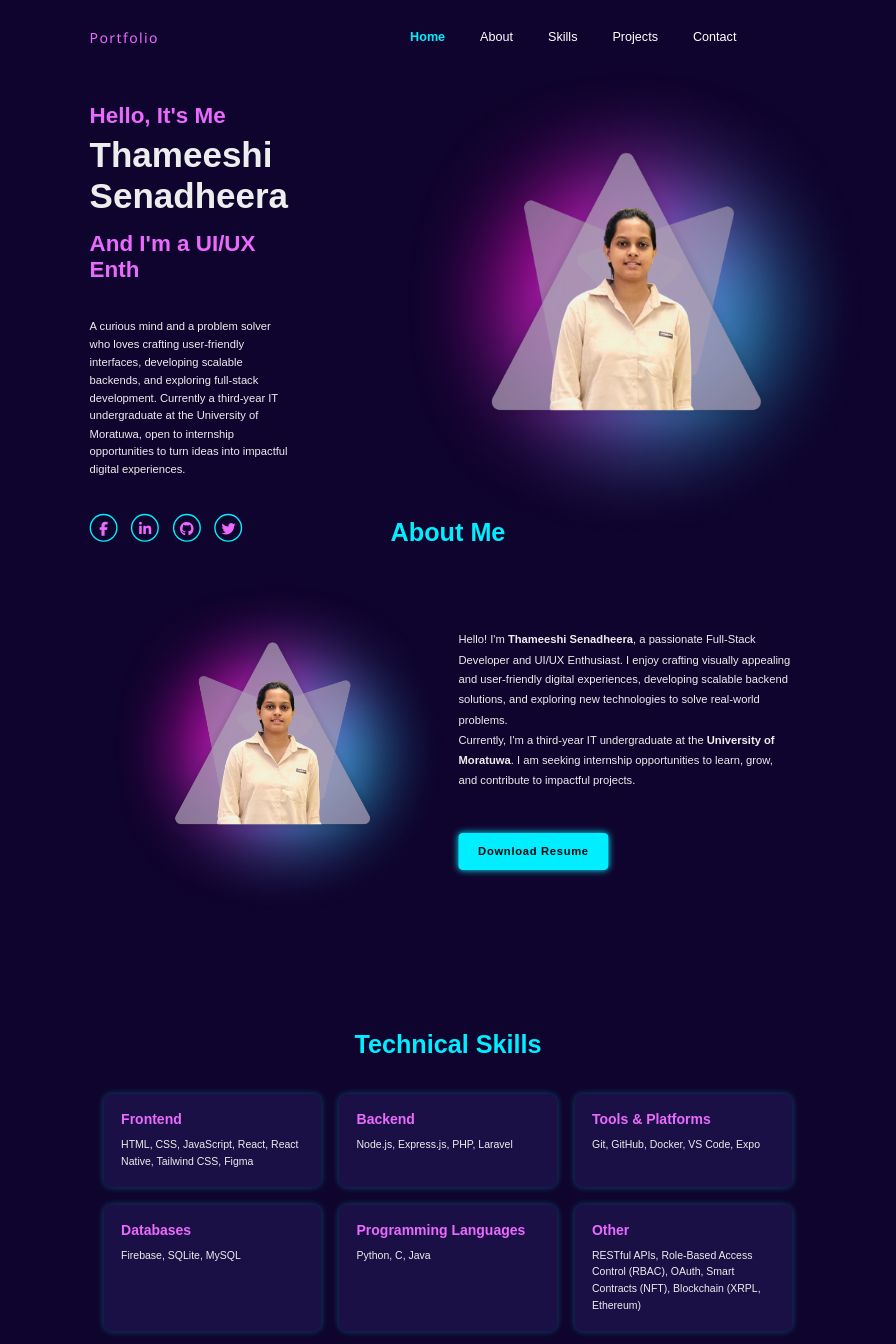
Repository: Thameeshi/portfolio-website
Page: http://localhost/
An editor plug-in stored every save of this project. The page is shown before and after the next save, followed by the edit.
The browser window is 1280 px wide. The pictures show the part of the page from y = 0 to 1920 px (the page is 3616 px tall), at 70% of full size.
Some web libraries are served in a nearby version. The page is served by the project's Node server (server.js).

Above is the page before, as saved 2025-09-10 11:35:52.

After the next save:
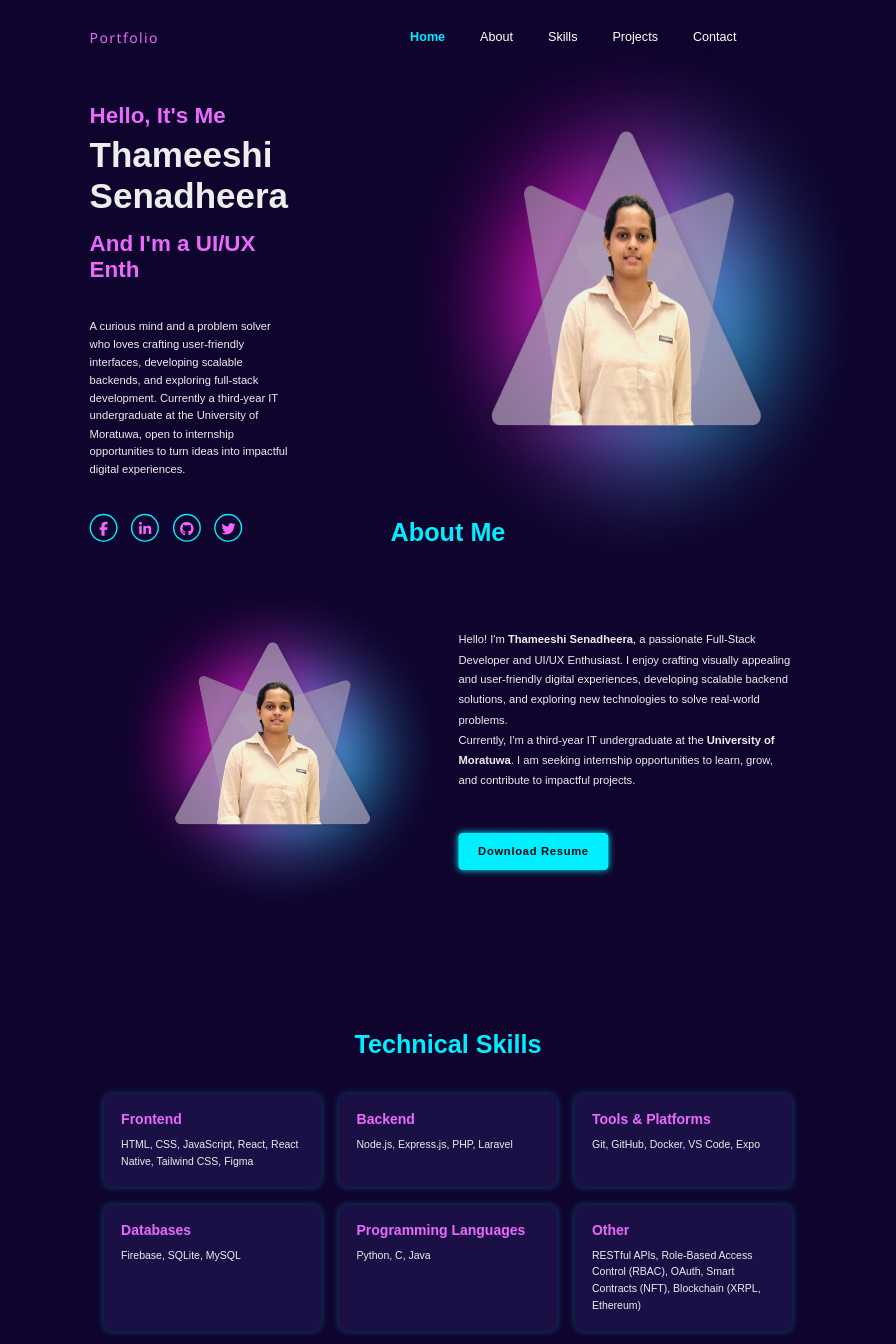
Saved 19 s later.
--- a/public/css/style.css
+++ b/public/css/style.css
@@ -131,8 +131,8 @@ body {
 /* Image next to home-content */
 
 .image img {
-    width: 700px;
-    height: 700px;
+    width: 800px;
+    height: 800px;
     margin-left: 100px;
     margin-top: 150px;
 }
